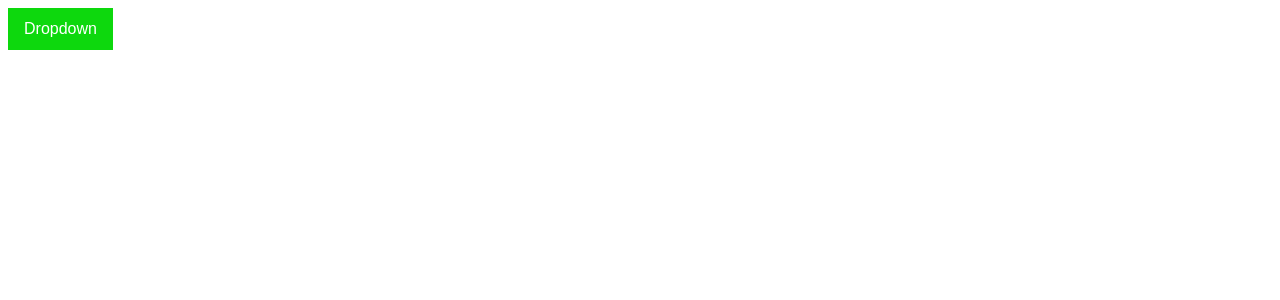
Repository: nvngon2604/Git
Page: web/index.html
The author's editor kept a copy of each file at every save. The page is drawn from the files as they stood at one save, then again after the next save.
The browser window is 1280 px wide. The pictures show the whole page.
The pointer rests on the first visible `.dropdown`.

Above is the page before, as saved 2020-05-10 18:51:12.

### web/index.html
<!DOCTYPE html>
<html lang="en">
<head>
    <meta charset="UTF-8">
    <meta name="viewport" content="width=device-width, initial-scale=1.0">
    <title>Document</title>
    <link rel="stylesheet" href="index.css">
</head>
<body>
    <div class="container">
        <nav>
            <div class="dropdown">
                <button type="button" class="dropbtn">Dropdown</button>
                <div class="dropdown-content">
                    <a href="#">Link 1</a>
                    <a href="#">Link 2</a>
                    <a href="#">Link 3</a>
                </div>
            </div>
        </nav>
    </div>
</body>
</html>

### web/index.css
* {
    font-family: sans-serif;
}
/*-------------- nav-------------------*/
.dropdown {
    position: relative;
}
.dropbtn {
    background-color: rgb(13, 216, 13);
    border:none;
    padding: 12px 16px;
    font-size: 16px;
    color:white;
}
.dropbtn:hover {
    background-color:rgb(10, 159, 10);
}
.dropdown-content {
    width: 130px;
    background-color:rgb(221, 221, 221);
    position: absolute;
    display: none;
}
.dropdown-content a {
    display: block;
    text-decoration: none;
    padding: 12px 16px;
    border-bottom:1px solid gray;
}

After the next save:
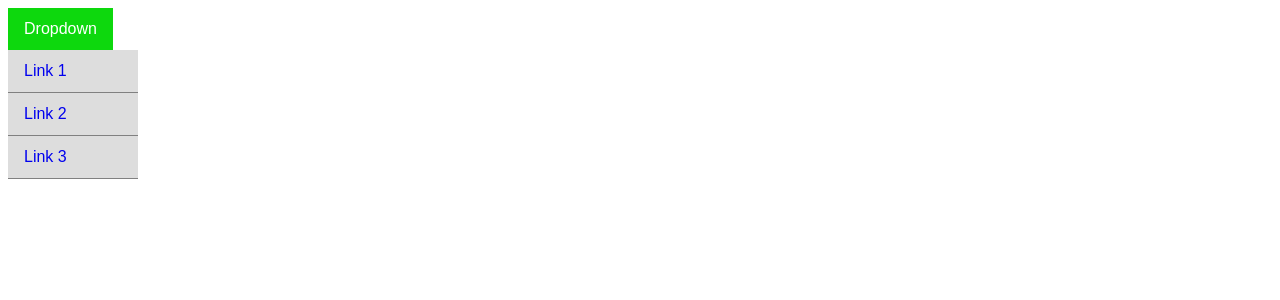
Saved 34 s later.
--- a/web/index.css
+++ b/web/index.css
@@ -27,3 +27,6 @@
     padding: 12px 16px;
     border-bottom:1px solid gray;
 }
+.dropdown:hover .dropdown-content {
+    display: block;
+}
